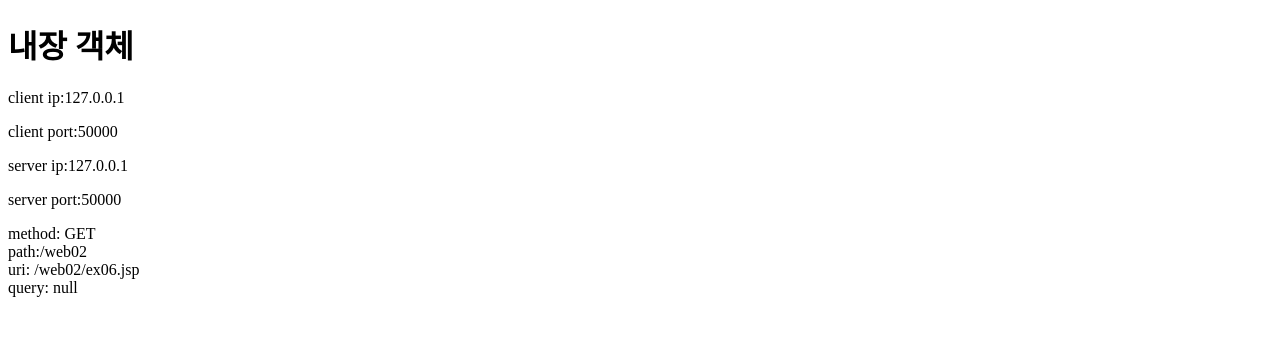
Repository: hwa3845/fullstackjava
Page: http://localhost/web02/ex06.jsp
The author's editor kept a copy of each file at every save. The page is drawn from the files as they stood at one save, then again after a run of saves.
The browser window is 1280 px wide. The pictures show the whole page.
The page is served by Tomcat 9.

Above is the page before, as saved 2025-04-15 03:18:59.

### webWorkspace/web02/WebContent/ex06.jsp
<%@ page language="java" contentType="text/html; charset=UTF-8"
    pageEncoding="UTF-8"%>
<!DOCTYPE html PUBLIC "-//W3C//DTD HTML 4.01 Transitional//EN" "http://www.w3.org/TR/html4/loose.dtd">
<html>
<head>
<meta http-equiv="Content-Type" content="text/html; charset=UTF-8">
<title>Insert title here</title>
</head>
<body>
<h1>내장 객체</h1>
<%
String addr=request.getRemoteAddr();
out.print("<p>client ip:"+addr+"</p>"); //내 IP 주소
int port=request.getRemotePort();
out.print("<p>client port:"+port+"</p>"); //브라우저가 사용하는 동적 포트

String addr2=request.getServerName();
out.print("<p>server ip:"+addr+"</p>"); //서버측 IP 주소
int port2=request.getServerPort();
out.print("<p>server port:"+port+"</p>");	//서버의 포트번호

String method=request.getMethod();
out.print("method: "+method+"<br>");	//get 방식(주소로), post 방식(header 부분 안에 숨겨서)
String path=request.getContextPath();
String url=request.getRequestURI();
String query=request.getQueryString();
out.print("path:"+path+"<br>");
out.print("uri: "+url+"<br>");
out.print("query: "+query+"<br>");
%>
</body>
</html>

After the next 2 saves:
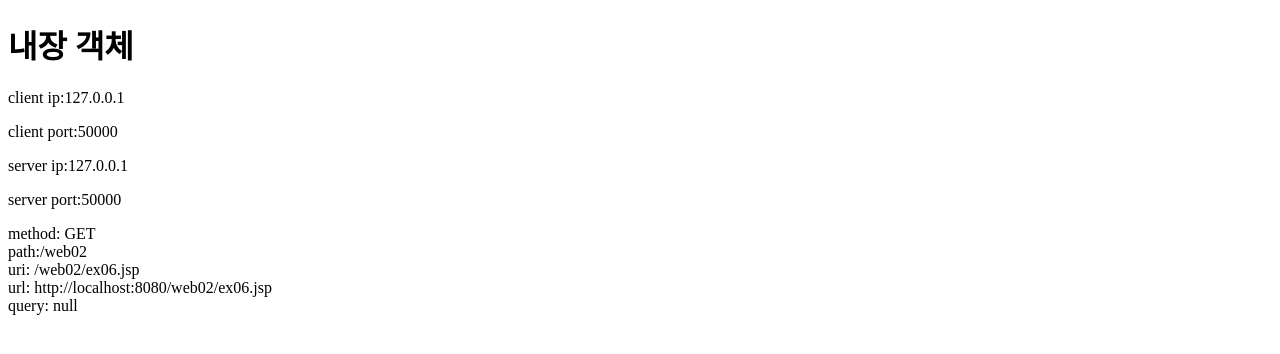
The 2 saves are shown as one change because 1 did not build or start.
The last was saved 63 s later.
--- a/webWorkspace/web02/WebContent/ex06.jsp
+++ b/webWorkspace/web02/WebContent/ex06.jsp
@@ -22,10 +22,12 @@ out.print("<p>server port:"+port+"</p>");	//서버의 포트번호
 String method=request.getMethod();
 out.print("method: "+method+"<br>");	//get 방식(주소로), post 방식(header 부분 안에 숨겨서)
 String path=request.getContextPath();
-String url=request.getRequestURI();
+String uri=request.getRequestURI();
+StringBuffer url=request.getRequestURL();
 String query=request.getQueryString();
 out.print("path:"+path+"<br>");
-out.print("uri: "+url+"<br>");
+out.print("uri: "+uri+"<br>");
+out.print("url: "+url+"<br>");
 out.print("query: "+query+"<br>");
 %>
 </body>
